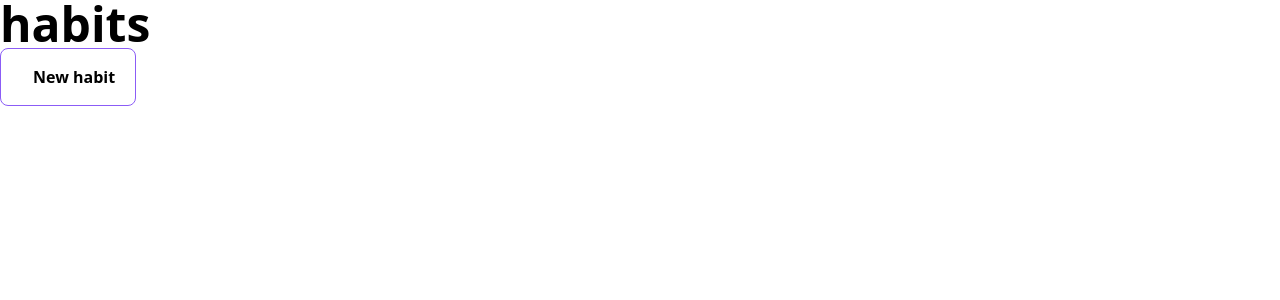
Repository: LuisSempre/nlw-setup-2023
Page: /
The author's editor kept a copy of each file at every save. The page is drawn from the files as they stood at one save, then again after the next save.
The browser window is 1280 px wide. The pictures show the whole page.
The project was rebuilt for these pictures with package versions that can differ from the ones it lists, and the page was loaded fresh each time. Also part of the build but not shown: vite.config.ts.

Above is the page before, as saved 2023-01-17 23:23:19.

### index.html
<!DOCTYPE html>
<html lang="en">
  <head>
    <meta charset="UTF-8" />
    <link rel="icon" type="image/svg+xml" href="/vite.svg" />
    <meta name="viewport" content="width=device-width, initial-scale=1.0" />
    <title>Nlw Setup 2023</title>
  </head>
  <body>
    <div id="app"></div>
    <script type="module" src="/src/main.ts"></script>
  </body>
</html>

### src/App.vue
<script setup lang="ts">
import { Tracker } from "./components/Tracker";
</script>

<template>
  <div class="flex flex-col">
    <Tracker />
  </div>
</template>

### src/components/Tracker/index.ts
import Tracker from "./Tracker.vue";

export { Tracker };

### src/components/Tracker/Tracker.vue
<template>
  <div>
    <div class="flex flex-col">
      <TrackerHeaderColors />
      <span class="text-5xl font-extrabold">habits</span>
    </div>
    <button
      class="
        flex
        cursor-pointer
        items-center
        rounded-lg
        border border-violet-500
        px-5
        py-4
        font-semibold
      "
    >
      <IconPlus class="mr-3" />
      <span>New habit</span>
    </button>
  </div>
</template>

Loaded but not shown: src/main.ts (common file); src/style.css (common file); tailwind.config.cjs (common file)

After the next save:
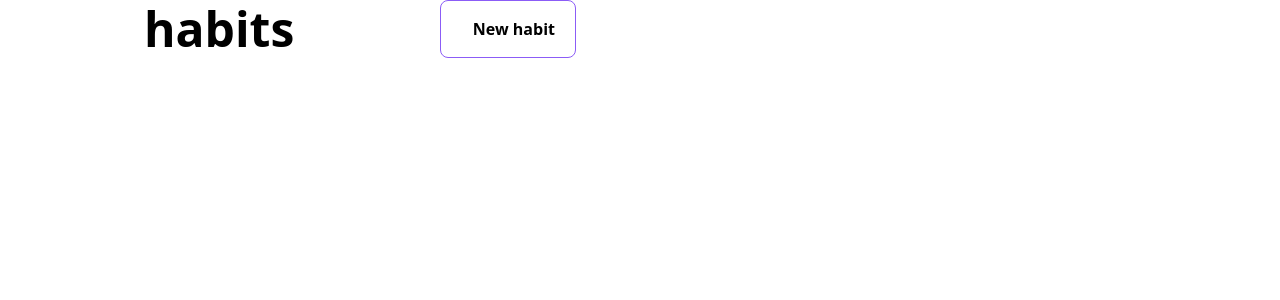
Saved 33 s later.
--- a/src/components/Tracker/Tracker.vue
+++ b/src/components/Tracker/Tracker.vue
@@ -1,5 +1,5 @@
 <template>
-  <div>
+  <div class="flex w-[720px] items-center justify-between px-36 pb-16">
     <div class="flex flex-col">
       <TrackerHeaderColors />
       <span class="text-5xl font-extrabold">habits</span>
